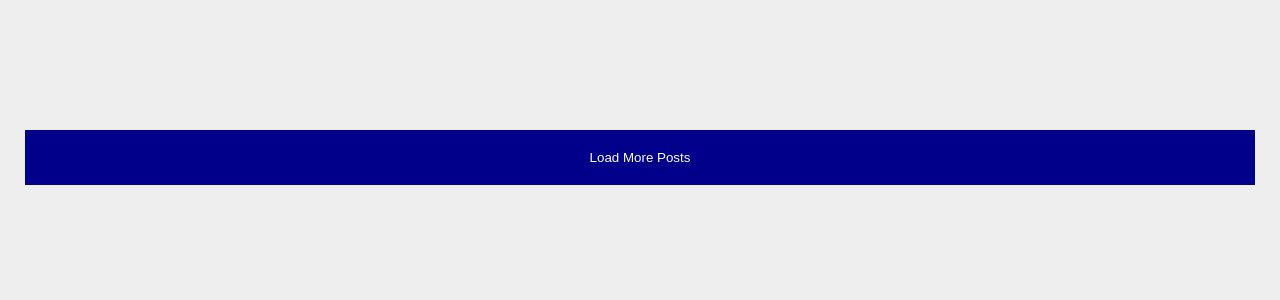
Repository: anderfmelo/temp-repo
Page: /
These files come from the project's save history. The page is drawn as it stood at one moment and after the next save; the edit follows.
The browser window is 1280 px wide. The pictures show the whole page.
The page's requests for data from a server got no answer. The project was rebuilt for these pictures with package versions that can differ from the ones it lists, and the page was loaded fresh each time. No one was signed in, and anything a server would have sent is missing. Also part of the build but not shown: src/components/PostCard/styles.css, src/components/PostCard/index.jsx.

Above is the page before, as saved 2022-04-20 12:09:06.

### public/index.html
<!DOCTYPE html>
<html lang="en">
  <head>
    <meta charset="utf-8" />
    <link rel="icon" href="%PUBLIC_URL%/favicon.ico" />
    <meta name="viewport" content="width=device-width, initial-scale=1" />
    <meta name="theme-color" content="#000000" />
    <meta
      name="description"
      content="Web site created using create-react-app"
    />
    <link rel="apple-touch-icon" href="%PUBLIC_URL%/logo192.png" />
    <!--
      manifest.json provides metadata used when your web app is installed on a
      user's mobile device or desktop. See https://developers.google.com/web/fundamentals/web-app-manifest/
    -->
    <link rel="manifest" href="%PUBLIC_URL%/manifest.json" />
    <!--
      Notice the use of %PUBLIC_URL% in the tags above.
      It will be replaced with the URL of the `public` folder during the build.
      Only files inside the `public` folder can be referenced from the HTML.

      Unlike "/favicon.ico" or "favicon.ico", "%PUBLIC_URL%/favicon.ico" will
      work correctly both with client-side routing and a non-root public URL.
      Learn how to configure a non-root public URL by running `npm run build`.
    -->
    <title>React App</title>
  </head>
  <body>
    <noscript>You need to enable JavaScript to run this app.</noscript>
    <div id="root"></div>
    <!--
      This HTML file is a template.
      If you open it directly in the browser, you will see an empty page.

      You can add webfonts, meta tags, or analytics to this file.
      The build step will place the bundled scripts into the <body> tag.

      To begin the development, run `npm start` or `yarn start`.
      To create a production bundle, use `npm run build` or `yarn build`.
    -->
  </body>
</html>

### src/index.js
import React from 'react';
import ReactDOM from 'react-dom/client';
import './styles/global-styles.css';

import Home from './templates/Home';

const root = ReactDOM.createRoot(document.getElementById('root'));
root.render(
  <React.StrictMode>
    <Home />
  </React.StrictMode>
);

### src/templates/Home/index.jsx
import "./styles.css";

import { Component } from "react";

import { loadPosts } from "../../utils/load-posts";
import { Posts } from "../../components/Posts";
import { Button } from "../../components/Button";

export class Home extends Component {
  state = {
    posts: [],
    allPosts: [],
    page: 0,
    postsPerPage: 2,
  };

  async componentDidMount() {
    await this.loadPosts();
  }

  loadPosts = async () => {
    const { page, postsPerPage } = this.state;

    const postsAndPhotos = await loadPosts();
    this.setState({
      posts: postsAndPhotos.slice(page, postsPerPage),
      allPosts: postsAndPhotos,
    });
  };

  loadMorePosts = () => {
    const { page, postsPerPage, allPosts, posts } = this.state;

    const nextPage = page + postsPerPage;
    const nextPosts = allPosts.slice(nextPage, nextPage + postsPerPage);
    posts.push(...nextPosts);

    this.setState({ posts, page: nextPage });
  };

  render() {
    const { posts } = this.state;

    return (
      <section className="container">
        <Posts posts={posts} />
        <div className="button-container">
          <Button text="Load More Posts" quandoClica={this.loadMorePosts} />
        </div>
      </section>
    );
  }
}

export default Home;

### src/templates/Home/styles.css
.container {
  max-width: 1700px;
  margin: 0 auto;
  min-height: 100vh;
  background: #eee;
  padding: 25px;
}

.button-container {
  min-height: 160px;
  display: flex;
  align-items: flex-end;
}

### src/utils/load-posts.js
export const loadPosts = async () => {
    const postsResponse = fetch(
        'https://jsonplaceholder.typicode.com/posts');

    const photosResponse = fetch(
        'https://jsonplaceholder.typicode.com/photos');

    const [posts, photos] = await Promise.all(
        [postsResponse, photosResponse]);

    const postsJson = await posts.json();
    const photosJson = await photos.json();

    const postsAndPhotos = postsJson.map((post, index) => {
        return { ...post, cover: photosJson[index].url }
    });

    return postsAndPhotos;
}

### src/components/Posts/index.jsx
import "./styles.css";

import { PostCard } from "../PostCard";

export const Posts = ({ posts }) => (
  <div className="posts">
    {posts.map((post) => (
      <PostCard
        key={post.id}
        title={post.title}
        body={post.body}
        id={post.id}
        cover={post.cover}
      />
    ))}
  </div>
);

### src/components/Button/index.jsx
import "./styles.css";

import { Component } from "react";

export class Button extends Component {
  render() {
    const { text, quandoClica } = this.props;

    return (
      <button disabled className="button" onClick={quandoClica}>
        {text}
      </button>
    );
  }
}

### src/components/Posts/styles.css
.posts {
    display: grid;
    grid-template-columns: repeat(
      auto-fill, minmax(280px, 1fr));
      gap: 30px;
  }

### src/components/Button/styles.css
.button {
    width: 100%;
    background: darkblue;
    color: white;
    border: none;
    padding: 20px 30px;
    cursor: pointer;
    transition: transform 0.6s ease-in-out;
    transition: box-shadow 0.2s ease-in-out;
}

button:hover{
    transform: scale(1.1);
    background: white;
    color: darkblue;
}

Loaded but not shown: src/styles/global-styles.css (common file)

After the next save:
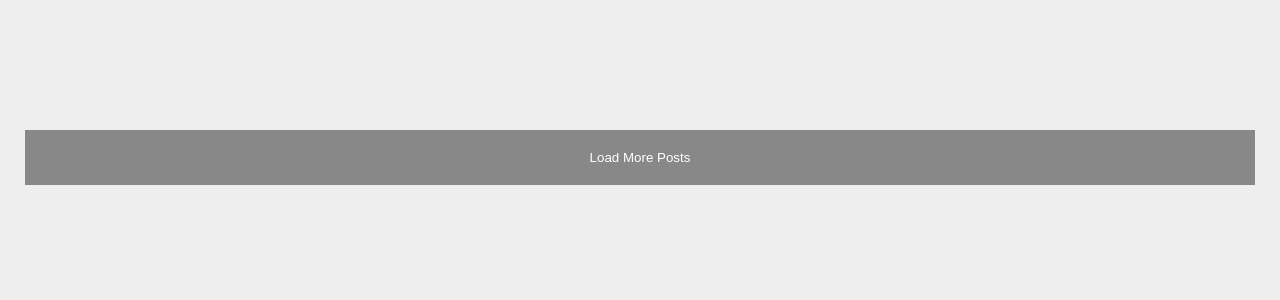
Saved 2 min 44 s later.
--- a/src/components/Button/styles.css
+++ b/src/components/Button/styles.css
@@ -9,6 +9,11 @@
     transition: box-shadow 0.2s ease-in-out;
 }
 
+.button:disabled {
+    background: #888;
+    cursor: not-allowed;
+}
+
 button:hover{
     transform: scale(1.1);
     background: white;
